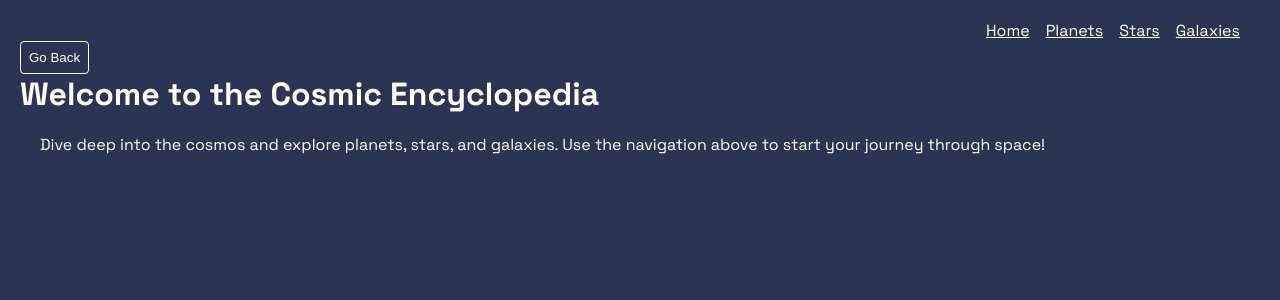
Repository: rmdayberry/Cosmic-Encyclopedia
Page: /
An editor plug-in stored every save of this project. The page is shown before and after the next save, followed by the edit.
The browser window is 1280 px wide. The pictures show the whole page.
The project was rebuilt for these pictures with package versions that can differ from the ones it lists, and the page was loaded fresh each time. Also part of the build but not shown: vite.config.js, src/data/celestialData.js, src/pages/ContentPage.jsx.

Above is the page before, as saved 2024-08-31 10:27:33.

### index.html
<!DOCTYPE html>
<html lang="en">
  <head>
    <meta charset="UTF-8" />
    <meta name="viewport" content="width=device-width, initial-scale=1.0" />
    <title>Cosmic Encyclopedia</title>
  </head>
  <body>
    <div id="root"></div>
    <script type="module" src="/src/main.jsx"></script>
  </body>
</html>

### src/App.jsx
import { BrowserRouter as Router, Routes, Route } from "react-router-dom";
import NavBar from "./NavBar";
import NavigateBackButton from "./NavigateBackButton";

//pages
import Homepage from "./pages/Homepage";
import ContentPage from "./pages/ContentPage";

function App() {
  return (
    <Router>
      <NavBar />
      <NavigateBackButton />
      <Routes>
        <Route path="/" element={<Homepage />} />
        <Route path="/:id" element={<ContentPage />} />
      </Routes>
    </Router>
  );
}

export default App;

### src/index.css
@import url("https://fonts.googleapis.com/css2?family=Space+Grotesk:wght@300..700&display=swap");

:root {
  --primary: #2b3452;
}

body {
  margin: 0;
  padding: 20px;
  font-family: "Space Grotesk";
  background-color: var(--primary);
}
* {
  color: #fff;
  margin: 0;
}

p {
  margin: 20px;
}

button {
  border: 1px solid white;
  padding: 8px;
  border-radius: 4px;
  color: white;
  background: var(--primary);
  cursor: pointer;
}

nav {
  display: flex;
  gap: 16px;
  justify-content: end;
  max-width: 1200px;
  margin: auto;
}

header nav h1 {
  margin-right: auto;
  border-bottom: 3px solid var(--primary);
}

### src/NavBar.js
import { Link } from "react-router-dom";

export default function NavBar() {
  return (
    <nav>
      <Link to="/">Home</Link>
      <Link to="/planets">Planets</Link>
      <Link to="/stars">Stars</Link>
      <Link to="/galaxies">Galaxies</Link>
    </nav>
  );
}

### src/NavigateBackButton.jsx
import { useNavigate } from "react-router-dom";

const NavigateBackButton = () => {
  const navigate = useNavigate();

  return <button onClick={() => navigate(-1)}>Go Back</button>;
};

export default NavigateBackButton;

### src/pages/Homepage.js
const Homepage = () => {
  return (
    <div>
      <h1>Welcome to the Cosmic Encyclopedia </h1>
      <p>
        Dive deep into the cosmos and explore planets, stars, and galaxies. Use
        the navigation above to start your journey through space!
      </p>
    </div>
  );
};

export default Homepage;

Loaded but not shown: src/main.jsx (common file)

After the next save:
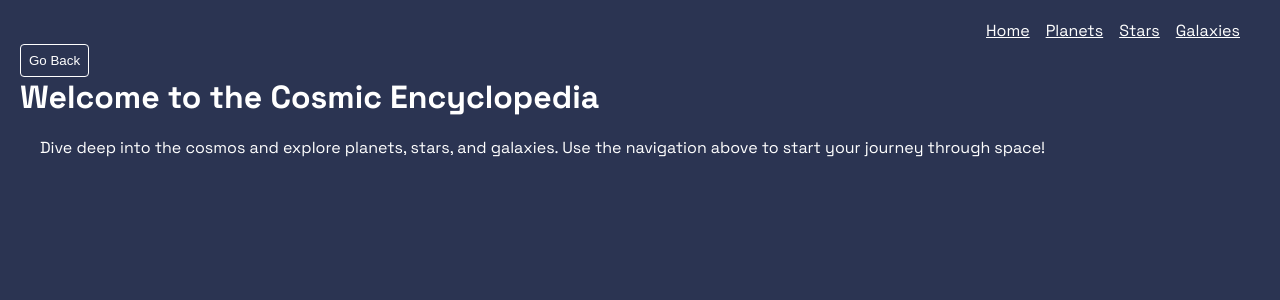
Saved 18 s later.
--- a/src/index.css
+++ b/src/index.css
@@ -36,7 +36,7 @@
   margin: auto;
 }
 
-header nav h1 {
+nav {
   margin-right: auto;
   border-bottom: 3px solid var(--primary);
 }

After the 2 saves that followed:
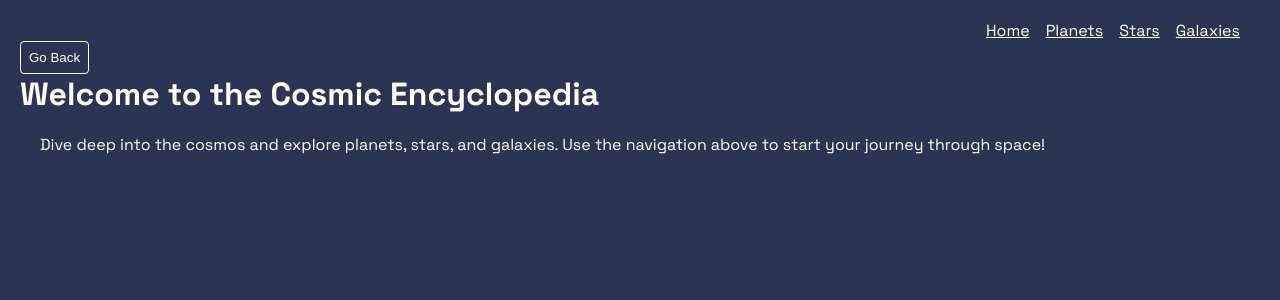
The 2 saves are shown as one change because 1 left the picture as it was.
The last was saved 31 s later.
--- a/src/index.css
+++ b/src/index.css
@@ -34,9 +34,5 @@
   justify-content: end;
   max-width: 1200px;
   margin: auto;
+  border-bottom: solid white);
 }
-
-nav {
-  margin-right: auto;
-  border-bottom: 3px solid var(--primary);
-}
